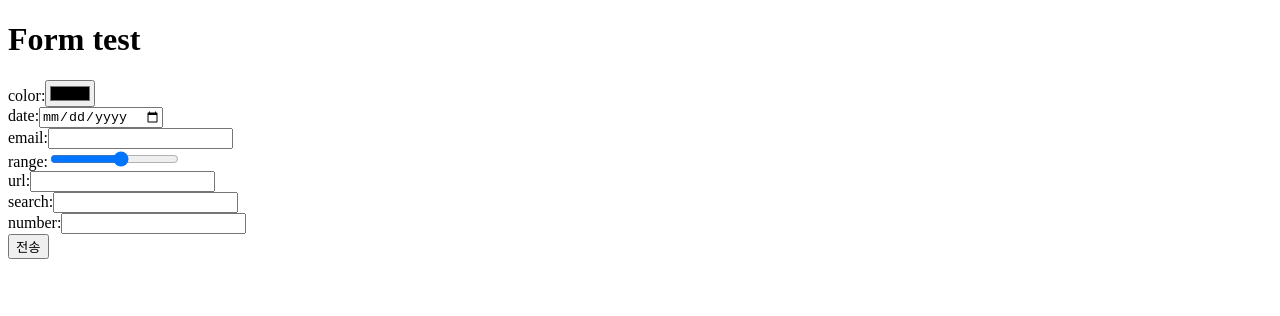
Repository: hyungju2/SSAFY_JavaPractice
Page: 20190211_HTML/web_java/HTMLProject/WebContent/html/Formtest2.html
These files come from the project's save history. The page is drawn as it stood at one moment and after the next save; the edit follows.
The browser window is 1280 px wide. The pictures show the whole page.

Above is the page before, as saved 2019-02-11 06:27:52.

### 20190211_HTML/web_java/HTMLProject/WebContent/html/Formtest2.html
<!DOCTYPE html>
<html>
<head>
<meta charset="EUC-KR">
<title>Insert title here</title>
</head>
<body>
<h1>Form test</h1>
<form method = "post" action="welcome.jsp">
	color:<input type="color"><br>
	date:<input type="date"><br>
	email:<input type="email"><br>
	range:<input type="range" min="1" max="10" step="1"><br>
	url:<input type="url"><br>
	search:<input type="search"><br>
	number:<input type="number"><br>
	<input type="submit" value="전송">



</form>
</body>
</html>

After the next save:
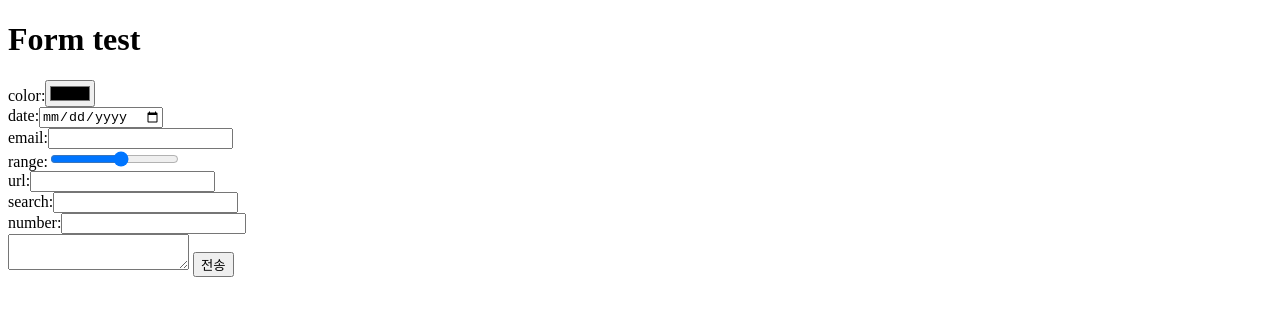
Saved 3 min 1 s later.
--- a/20190211_HTML/web_java/HTMLProject/WebContent/html/Formtest2.html
+++ b/20190211_HTML/web_java/HTMLProject/WebContent/html/Formtest2.html
@@ -14,6 +14,9 @@
 	url:<input type="url"><br>
 	search:<input type="search"><br>
 	number:<input type="number"><br>
+
+	<textarea row="5" colos="30"></textarea>
+
 	<input type="submit" value="전송">
 
 
